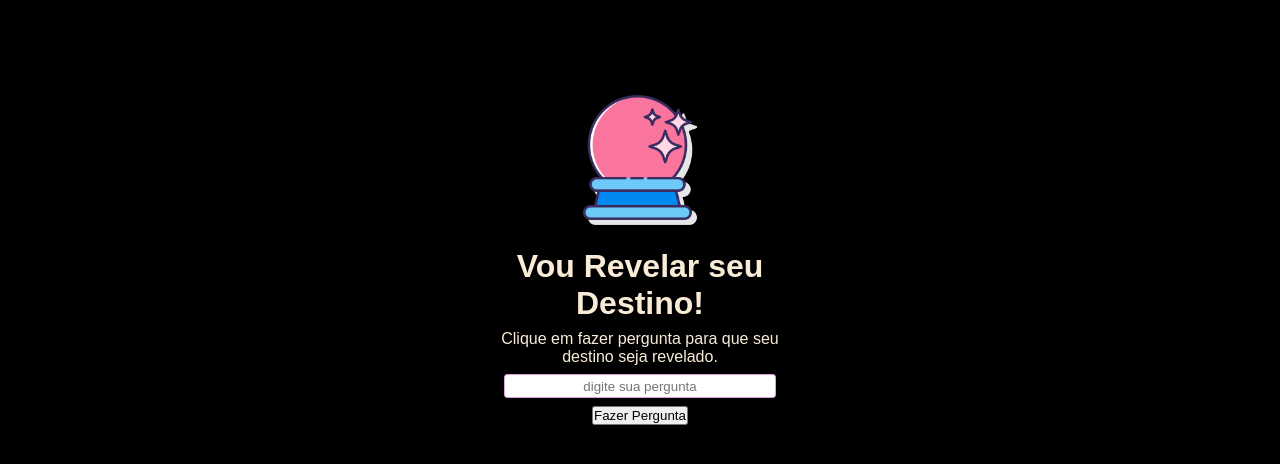
Repository: guilhermecardoso93/nlwexplorer
Page: index.html
The author's editor kept a copy of each file at every save. The page is drawn from the files as they stood at one save, then again after the next save.
The browser window is 1280 px wide. The pictures show the whole page.

Above is the page before, as saved 2022-06-08 23:39:20.

### index.html
<!DOCTYPE html>
<html lang="pt-br">
  <head>
    <meta charset="UTF-8" />
    <meta http-equiv="X-UA-Compatible" content="IE=edge" />
    <meta name="viewport" content="width=device-width, initial-scale=1.0" />
    <link rel="stylesheet" href="./styles.css" />
    <title>NLW Explorer</title>
  </head>
  <body>
    <main>
      <div  class="principal">
        <img
          src="./cristalball.png"
          alt="Imagem de uma bola de cristal"
          id="cristalBallImg"
        />
        <h1>Vou Revelar seu Destino!</h1>
        <p>Clique em fazer pergunta para que seu destino seja revelado.</p>
        <input type="text" placeholder="digite sua pergunta" />
        <button>Fazer Pergunta</button>
      </div>
    </main>
  </body>
  <script src="./script.js"></script>
</html>

### styles.css
* {
  margin: 0;
  padding: 0;
  box-sizing: border-box;
}
body {
  margin: auto;
  background-color: black;
  color: antiquewhite;
  text-align: center;
  font-family: sans-serif;
}

main .principal {
  display: flex;
  flex-direction: column;
  margin: auto;
  margin-top: 5rem;
  width: 20rem;
  align-items: center;
  gap: 0.5rem;
}

.principal input {
  width: 17rem;
  height: 1.5rem;
  text-align: center;

  border: 1px solid plum;
  border-radius: 0.2rem;
}

.principal input:hover {
  border: 2px double pink;
}

#cristalBallImg {
  width: 10rem;
}

Loaded but not shown: script.js (no stored copy; drawn as an empty file)

After the next save:
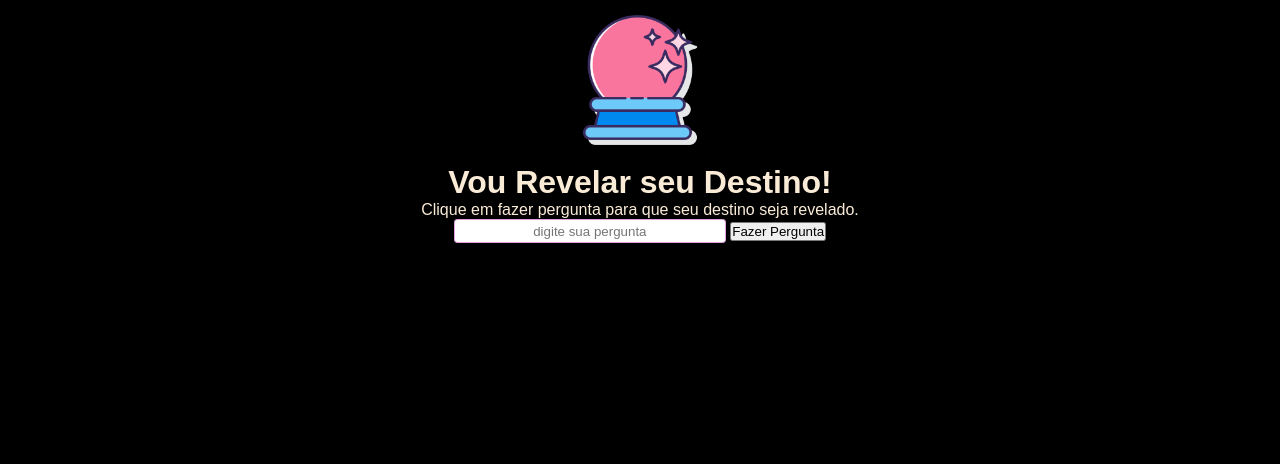
Saved 43 s later.
--- a/index.html
+++ b/index.html
@@ -8,19 +8,17 @@
     <title>NLW Explorer</title>
   </head>
   <body>
-    <main>
-      <div  class="principal">
-        <img
-          src="./cristalball.png"
-          alt="Imagem de uma bola de cristal"
-          id="cristalBallImg"
-        />
-        <h1>Vou Revelar seu Destino!</h1>
-        <p>Clique em fazer pergunta para que seu destino seja revelado.</p>
-        <input type="text" placeholder="digite sua pergunta" />
-        <button>Fazer Pergunta</button>
-      </div>
-    </main>
+    <div class="principal">
+      <img
+        src="./cristalball.png"
+        alt="Imagem de uma bola de cristal"
+        id="cristalBallImg"
+      />
+      <h1>Vou Revelar seu Destino!</h1>
+      <p>Clique em fazer pergunta para que seu destino seja revelado.</p>
+      <input type="text" placeholder="digite sua pergunta" />
+      <button>Fazer Pergunta</button>
+    </div>
   </body>
   <script src="./script.js"></script>
 </html>

After the save that followed:
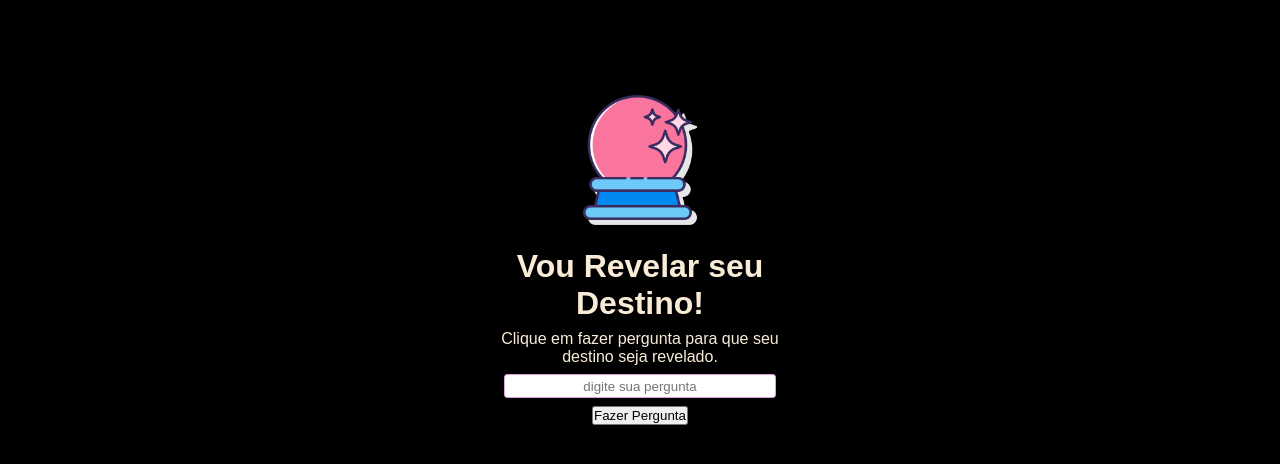
Saved 7 s later.
--- a/styles.css
+++ b/styles.css
@@ -11,7 +11,7 @@ body {
   font-family: sans-serif;
 }
 
-main .principal {
+.principal {
   display: flex;
   flex-direction: column;
   margin: auto;
